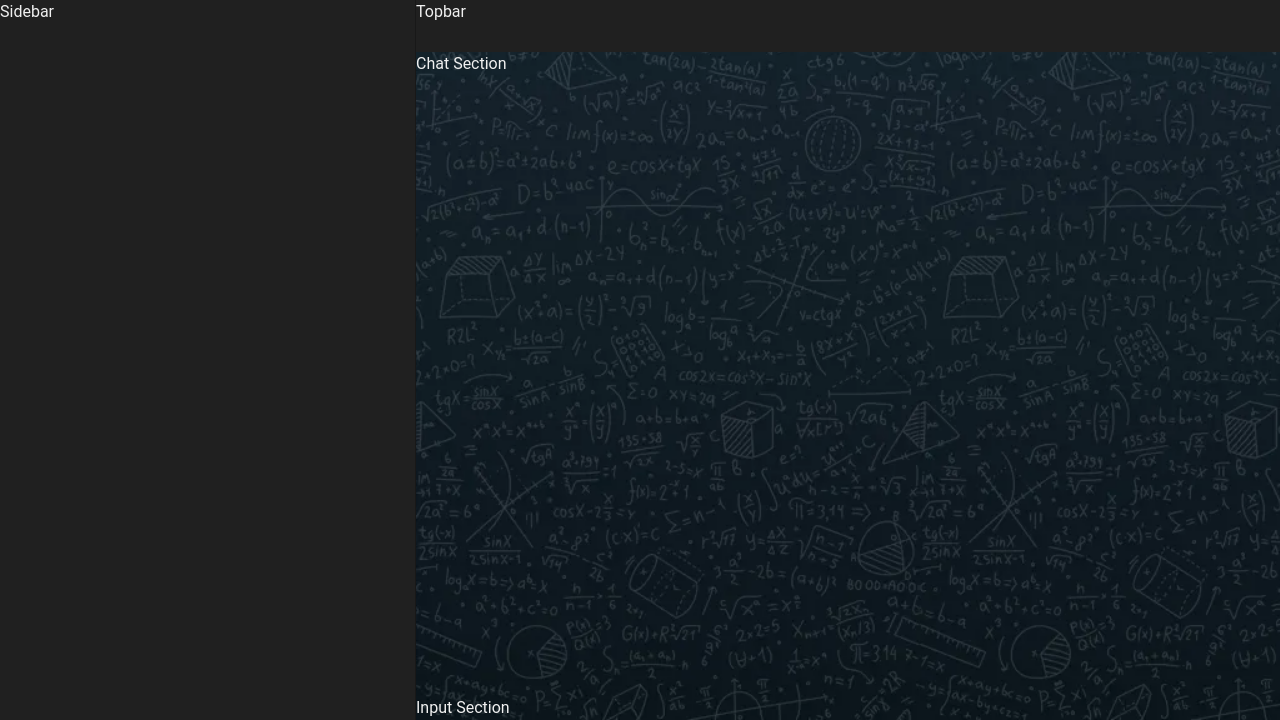
Repository: Qu4ntumGuy/telegram-clone
Page: /
An editor plug-in stored every save of this project. The page is shown before and after the next save, followed by the edit.
The browser window is 1280 px wide. The pictures show the whole page.
The project was rebuilt for these pictures with package versions that can differ from the ones it lists, and the page was loaded fresh each time. Also part of the build but not shown: src/Utils/ContextProvider.js, src/Pages/ChatPage.js/ChatPage.js.

Above is the page before, as saved 2024-07-15 11:51:53.

After the next save:
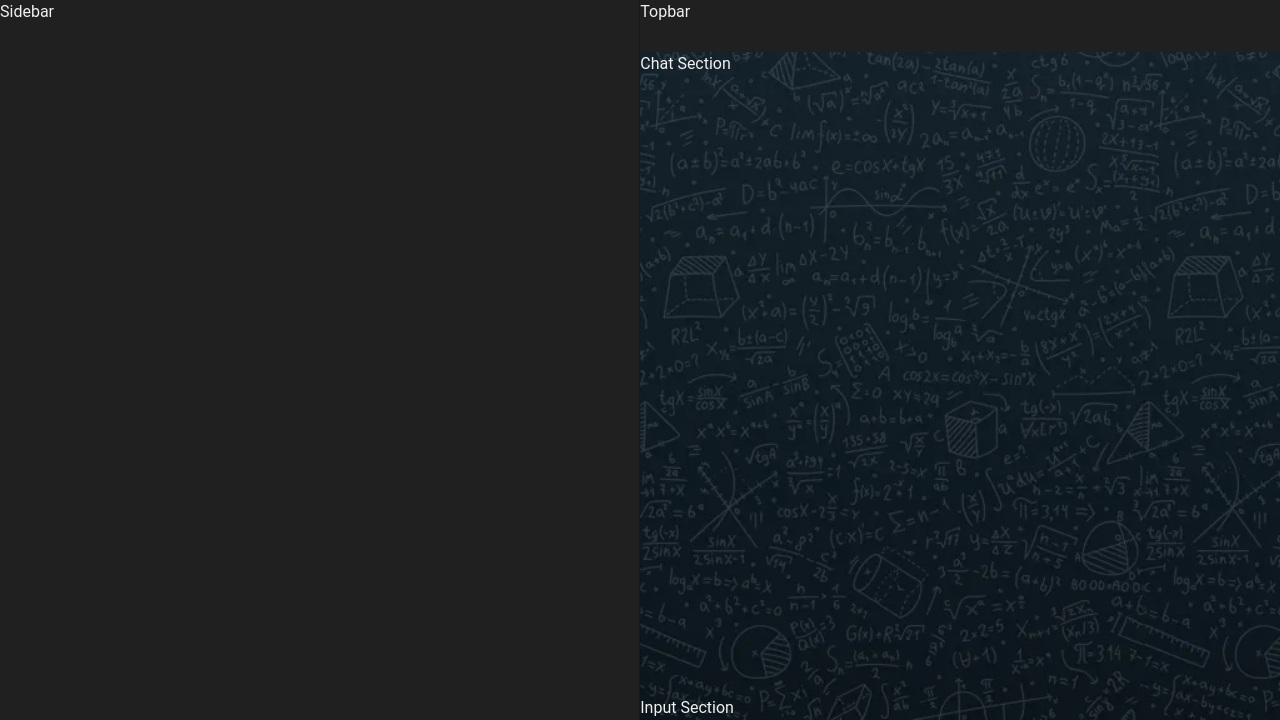
Saved 79 s later.
--- a/src/Components/Sidebar.js
+++ b/src/Components/Sidebar.js
@@ -4,7 +4,7 @@ import { useComponentContext } from "../Utils/ContextProvider";
 function Sidebar() {
   const context = useComponentContext();
   return (
-    <div className="md:min-w-[26rem] bg-[#202020] border-r border-[#181818] h-screen">
+    <div className="w-full md:min-w-[26rem] bg-[#202020] border-r border-[#181818] h-screen">
       Sidebar
     </div>
   );
